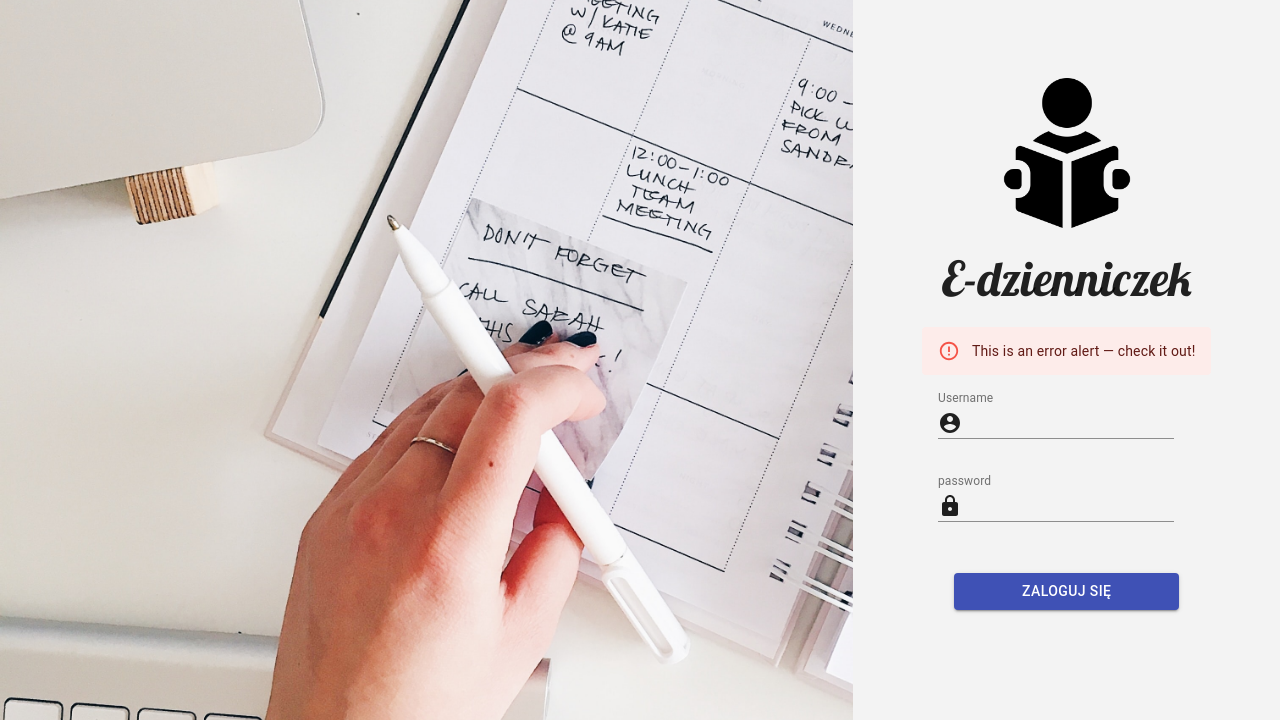
Repository: dominik3131/E-dzienniczek
Page: /
An editor plug-in stored every save of this project. The page is shown before and after the next save, followed by the edit.
The browser window is 1280 px wide. The pictures show the whole page.
The project was rebuilt for these pictures with package versions that can differ from the ones it lists, and the page was loaded fresh each time. Also part of the build but not shown: src/containers/LoginPageContainer/MainUserPageContainer/index.js.

Above is the page before, as saved 2020-11-18 00:16:25.

After the next save:
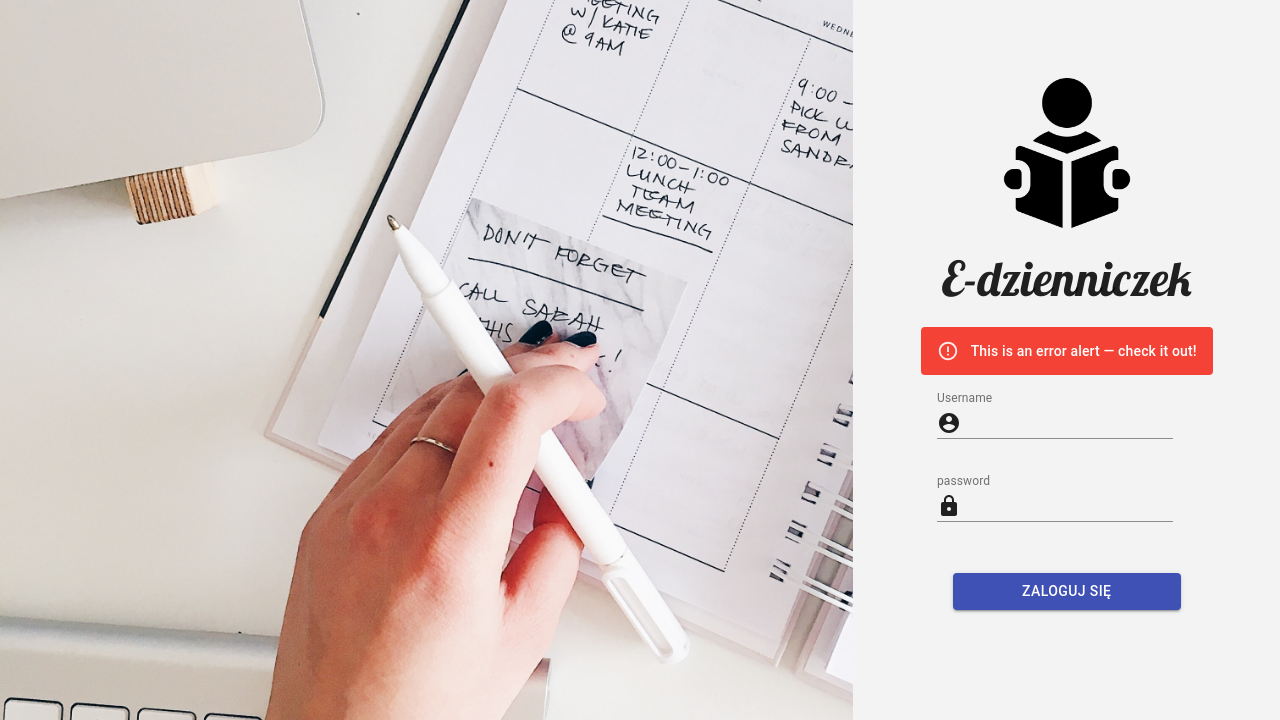
Saved 4 min 5 s later.
--- a/src/components/LoginForm/LoginForm.js
+++ b/src/components/LoginForm/LoginForm.js
@@ -30,7 +30,9 @@ const LoginForm = ({ errors, tryLogin, showErrors }) => {
   const classes = useStyles();
   return (
     <form className={classes.root} noValidate autoComplete="off">
-      <Alert severity="error">This is an error alert — check it out!</Alert>
+      <Alert variant="filled" severity="error">
+        This is an error alert — check it out!
+      </Alert>
       <TextField
         id="username"
         name="username"
